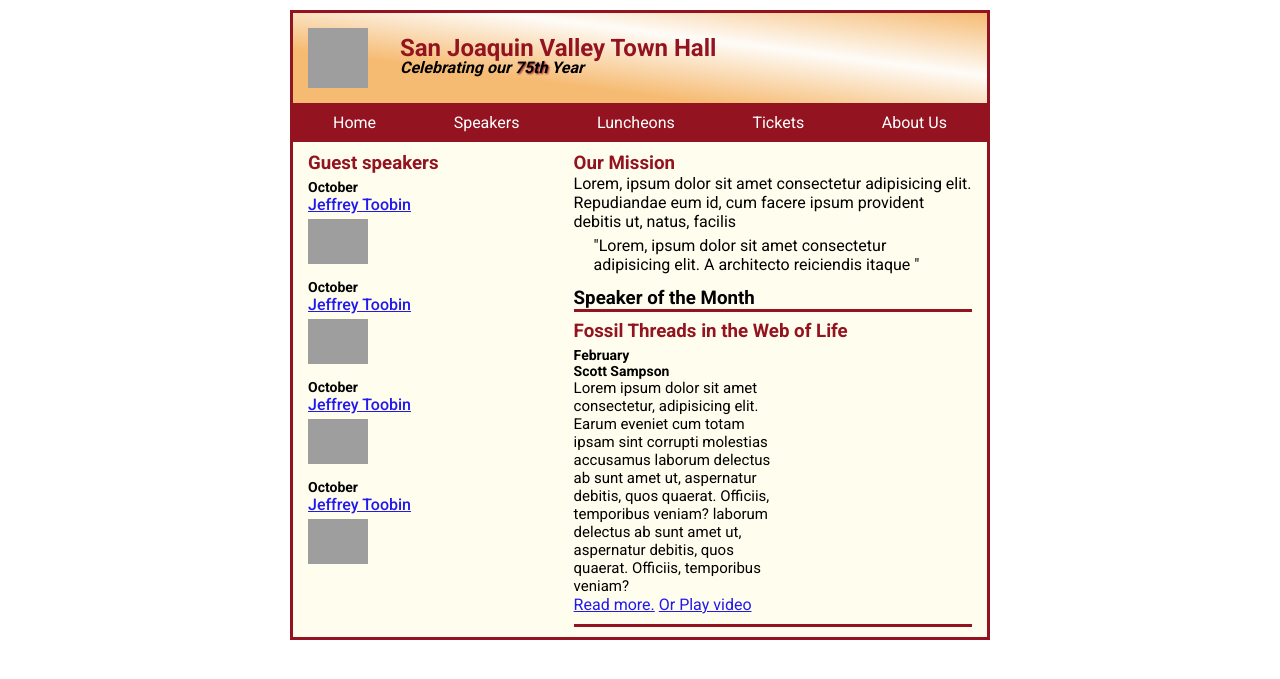
Repository: Mannj-nef/ex-5-6-7-8_IvVettech
Page: index.html
The author's editor kept a copy of each file at every save. The page is drawn from the files as they stood at one save, then again after the next save.
The browser window is 1280 px wide. The pictures show the whole page.
Pictures or frames that could not be fetched are drawn as grey boxes.

Above is the page before, as saved 2022-03-24 22:44:09.

### index.html
<!DOCTYPE html>
<html lang="en">
  <head>
    <meta charset="UTF-8" />
    <meta http-equiv="X-UA-Compatible" content="IE=edge" />
    <meta name="viewport" content="width=device-width, initial-scale=1.0" />
    <link rel="stylesheet" href="./Asset/style.css" />
    <link rel="preconnect" href="https://fonts.googleapis.com" />
    <link rel="preconnect" href="https://fonts.gstatic.com" crossorigin />
    <link
      href="https://fonts.googleapis.com/css2?family=Roboto:wght@300;400;500;700&display=swap"
      rel="stylesheet"
    />
    <title>Exercise5-6</title>
    <link
      rel="shortcut icon"
      href="https://iviettech.vn/wp-content/themes/viettech/img/front/favicon.ico"
      type="image/x-icon"
    />
  </head>
  <body>
    <div id="app">
      <header id="header">
        <div class="header-top">
          <div class="header-image__wrapper">
            <img
              src="https://source.unsplash.com/random"
              alt=""
              class="header-image"
            />
          </div>
          <div class="header-main">
            <h2 class="header-main__title">San Joaquin Valley Town Hall</h2>
            <p class="header-main__decs">
              Celebrating our
              <span class="header-main__decs-b"
                >75 <span class="header-main__decs-c">th</span>
              </span>
              Year
            </p>
          </div>
        </div>
        <div class="header-nav">
          <ul class="header-nav__list">
            <li class="header-nav__item">
              <a href="" class="header-nav__link">Home</a>
            </li>
            <li class="header-nav__item">
              <a href="" class="header-nav__link">Speakers</a>
            </li>
            <li class="header-nav__item">
              <a href="" class="header-nav__link">Luncheons</a>
            </li>
            <li class="header-nav__item">
              <a href="" class="header-nav__link">Tickets</a>
            </li>
            <li class="header-nav__item">
              <a href="" class="header-nav__link">About Us</a>
            </li>
          </ul>
        </div>
      </header>
      <section id="content">
        <div class="content-left">
          <h3 class="content-title">Guest speakers</h3>

          <div class="content-left__member">
            <p class="content__member-month">October</p>
            <a href="" class="content-left__member-link">Jeffrey Toobin</a>
            <div class="content-left__member-avata-wrapper">
              <img
                src="https://source.unsplash.com/random"
                alt=""
                class="content-left__member-avata"
              />
            </div>
          </div>
          <div class="content-left__member">
            <p class="content__member-month">October</p>
            <a href="" class="content-left__member-link">Jeffrey Toobin</a>
            <div class="content-left__member-avata-wrapper">
              <img
                src="https://source.unsplash.com/random"
                alt=""
                class="content-left__member-avata"
              />
            </div>
          </div>
          <div class="content-left__member">
            <p class="content__member-month">October</p>
            <a href="" class="content-left__member-link">Jeffrey Toobin</a>
            <div class="content-left__member-avata-wrapper">
              <img
                src="https://source.unsplash.com/random"
                alt=""
                class="content-left__member-avata"
              />
            </div>
          </div>
          <div class="content-left__member">
            <p class="content__member-month">October</p>
            <a href="" class="content-left__member-link">Jeffrey Toobin</a>
            <div class="content-left__member-avata-wrapper">
              <img
                src="https://source.unsplash.com/random"
                alt=""
                class="content-left__member-avata"
              />
            </div>
          </div>
        </div>
        <div class="constent-right">
          <div class="constent-right__top">
            <h3 class="content-title">Our Mission</h3>
            <p class="constent-right__desc">
              Lorem, ipsum dolor sit amet consectetur adipisicing elit.
              Repudiandae eum id, cum facere ipsum provident debitis ut, natus,
              facilis
            </p>
            <p class="constent-right__desc-sub">
              "Lorem, ipsum dolor sit amet consectetur adipisicing elit. A
              architecto reiciendis itaque "
            </p>
            <h3 class="constent-right-title">Speaker of the Month</h3>
          </div>
          <div class="constent-right__center">
            <h3 class="content-title">Fossil Threads in the Web of Life</h3>
            <div class="constent-right__center-right">
              <h3 class="content__member-month center-right_title">
                <p>February</p>
                Scott Sampson
              </h3>
              <p class="constent-right__center-desc">
                Lorem ipsum dolor sit amet consectetur, adipisicing elit. Earum
                eveniet cum totam ipsam sint corrupti molestias accusamus
                laborum delectus ab sunt amet ut, aspernatur debitis, quos
                quaerat. Officiis, temporibus veniam? laborum delectus ab sunt
                amet ut, aspernatur debitis, quos quaerat. Officiis, temporibus
                veniam?
              </p>
              <a href="" class="constent-right__center-link">Read more.</a>
              <a href="" class="constent-right__center-link">Or Play video</a>
            </div>
          </div>
        </div>
      </section>
    </div>
  </body>
</html>

### Asset/style.css
* {
  margin: 0;
  padding: 0;
  box-sizing: border-box;
}
html {
  font-family: "Roboto", sans-serif;
}
:root {
  --prymary-color: #931420;
  --white-color: #fff;
  --yellow-color: #ebc700;
  --blue-color: #2119ee;
  --size: 60px;
}

#app {
  margin: 10px auto;
  width: 700px;
  border: 3px solid var(--prymary-color);
}

#header {
}
.header-top {
  padding: 15px;
  display: flex;
  align-items: center;
  background-image: linear-gradient(
    to right top,
    #f6bb73 30%,
    #fefcf8,
    #f6bb73
  );
}
.header-image__wrapper {
  width: var(--size);
  height: var(--size);
  margin-right: 2em;
}
.header-image {
  width: 100%;
  height: 100%;
  object-fit: cover;
}
.header-main {
  line-height: 20px;
}
.header-main__title {
  color: var(--prymary-color);
}
.header-main__decs {
  color: #000;
  font-weight: 600;
  font-style: italic;
}
.header-main__decs-b {
  display: inline-flex;
  text-shadow: 1px 1px 2px var(--prymary-color);
}
.header-nav {
  background-color: var(--prymary-color);
}
.header-nav__list {
  list-style: none;
  display: flex;
  justify-content: space-between;
  padding: 0 20px;
}
.header-nav__item {
  padding: 10px 20px;
}
.header-nav__link {
  font-weight: 400;
  text-decoration: none;
  color: var(--white-color);
}
.header-nav__item:hover .header-nav__link {
  color: var(--yellow-color);
}

#content {
  background-color: #fffded;
  padding: 10px 15px;
  display: flex;
}

.content-left {
  width: 40%;
}
.content-title {
  color: var(--prymary-color);
}
.content-left__member {
}
.content__member-month {
  margin-top: 5px;
  font-size: 14px;
  font-weight: 600;
}
.content-left__member-link {
  font-weight: 500;
  color: var(--blue-color);
}
.content-left__member-avata-wrapper {
  width: var(--size);
  height: var(--size);
  display: flex;
  padding-top: 5px;
  padding-bottom: 10px;
}
.content-left__member-avata {
  width: 100%;
  height: 100%;
}
.constent-right {
  width: 60%;
}
.constent-right__desc-sub {
  padding: 5px 20px;
}
.constent-right-title {
  margin: 8px 0;
  font-weight: 600;
  color: #000;
  border-bottom: 3px solid var(--prymary-color);
}

.constent-right__center {
  padding: 0 0 10px;
  border-bottom: 3px solid var(--prymary-color);
}

.constent-right__center-right {
  width: 50%;
}
.center-right_title {
  margin-right: 10px;
}
.constent-right__center-desc {
  font-size: 15px;
  line-height: 1.2;
}
.constent-right__center-link {
  color: var(--blue-color);
}

After the next save:
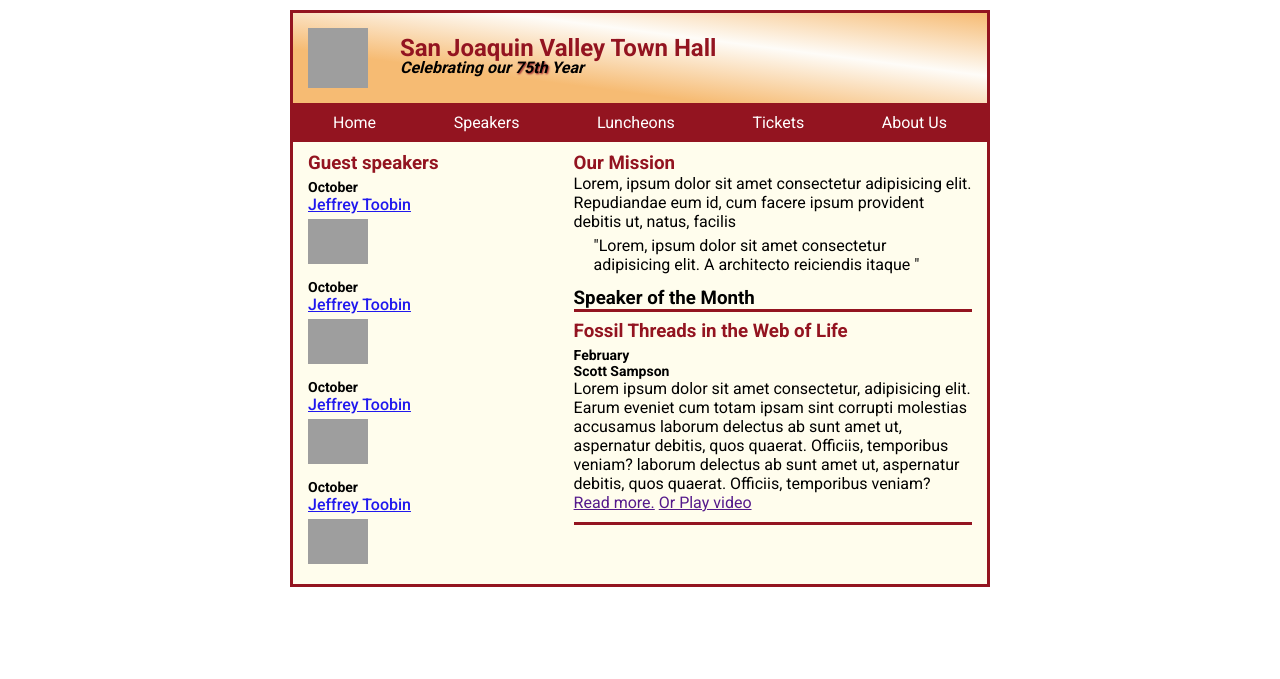
Saved 101 s later.
--- a/index.html
+++ b/index.html
@@ -125,12 +125,12 @@
           </div>
           <div class="constent-right__center">
             <h3 class="content-title">Fossil Threads in the Web of Life</h3>
-            <div class="constent-right__center-right">
-              <h3 class="content__member-month center-right_title">
+            <div class="constent-right__center-left">
+              <h3 class="content__member-month center-left_title">
                 <p>February</p>
                 Scott Sampson
               </h3>
-              <p class="constent-right__center-desc">
+              <p class="constent-left__center-desc">
                 Lorem ipsum dolor sit amet consectetur, adipisicing elit. Earum
                 eveniet cum totam ipsam sint corrupti molestias accusamus
                 laborum delectus ab sunt amet ut, aspernatur debitis, quos
@@ -138,8 +138,8 @@
                 amet ut, aspernatur debitis, quos quaerat. Officiis, temporibus
                 veniam?
               </p>
-              <a href="" class="constent-right__center-link">Read more.</a>
-              <a href="" class="constent-right__center-link">Or Play video</a>
+              <a href="" class="constent-left__center-link">Read more.</a>
+              <a href="" class="constent-left__center-link">Or Play video</a>
             </div>
           </div>
         </div>
